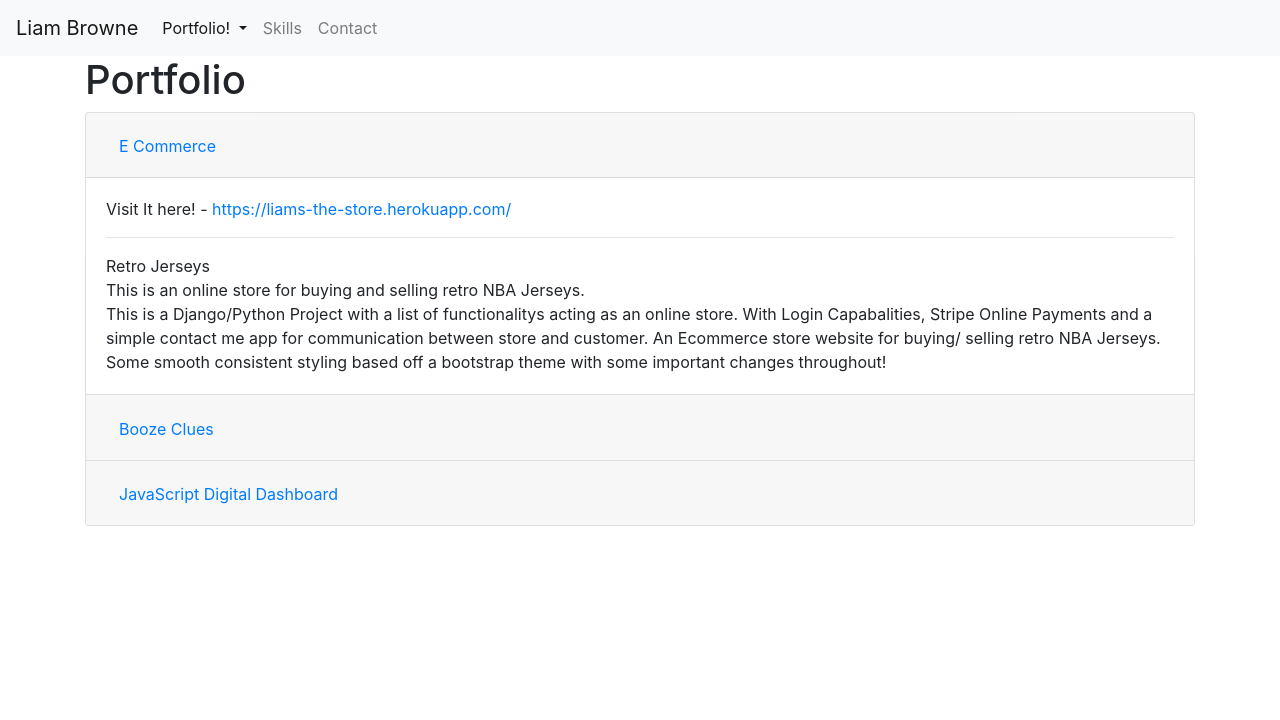
Repository: LiamB123/LiamBrowne.com.github.io
Page: portfolio.html
The author's editor kept a record of every edit. The page is drawn from the files as they stood at one moment, then again after the next edit.
The browser window is 1280 px wide. The pictures show the whole page.
Backgrounds fixed to the window are drawn as part of the page.

Above is the page before.

### portfolio.html
<!DOCTYPE html>
<html lang="en">

<head>
    <meta charset="UTF-8">
    <meta name="viewport" content="width=device-width, initial-scale=1.0">


    <meta http-equiv="X-UA-Compatible" content="ie=edge">

    <title>Liam Browne</title>

    <!--Boostrap Links for Css, Js and Jquery --->
    <link rel="stylesheet" href="https://stackpath.bootstrapcdn.com/bootstrap/4.4.1/css/bootstrap.min.css" integrity="sha384-Vkoo8x4CGsO3+Hhxv8T/Q5PaXtkKtu6ug5TOeNV6gBiFeWPGFN9MuhOf23Q9Ifjh" crossorigin="anonymous">

    <script src="https://code.jquery.com/jquery-3.4.1.slim.min.js" integrity="sha384-J6qa4849blE2+poT4WnyKhv5vZF5SrPo0iEjwBvKU7imGFAV0wwj1yYfoRSJoZ+n" crossorigin="anonymous"></script>
    <script src="https://cdn.jsdelivr.net/npm/popper.js@1.16.0/dist/umd/popper.min.js" integrity="sha384-Q6E9RHvbIyZFJoft+2mJbHaEWldlvI9IOYy5n3zV9zzTtmI3UksdQRVvoxMfooAo" crossorigin="anonymous"></script>
    <script src="https://stackpath.bootstrapcdn.com/bootstrap/4.4.1/js/bootstrap.min.js" integrity="sha384-wfSDF2E50Y2D1uUdj0O3uMBJnjuUD4Ih7YwaYd1iqfktj0Uod8GCExl3Og8ifwB6" crossorigin="anonymous"></script>


    <link rel="stylesheet" href="static/css/custom.css" type="text/css" />

</head>



<nav class="navbar navbar-expand-lg navbar-light bg-light">
    <a class="navbar-brand" href="index.html">Liam Browne </a>
    <button class="navbar-toggler" type="button" data-toggle="collapse" data-target="#navbarSupportedContent" aria-controls="navbarSupportedContent" aria-expanded="false" aria-label="Toggle navigation">
    <span class="navbar-toggler-icon"></span>
  </button>

    <div class="collapse navbar-collapse" id="navbarSupportedContent">
      <ul class="navbar-nav mr-auto">
        <li class="nav-item active nav-item dropdown">
          <a class="nav-link dropdown-toggle" href="" id="navbarDropdown" role="button" data-toggle="dropdown" aria-haspopup="true" aria-expanded="false">
          Portfolio!
        </a>
          <div class="dropdown-menu" aria-labelledby="navbarDropdown">
              <a class="dropdown-item"  href="portfolio.html">Take me there!</a>
            <a class="dropdown-item" target="_blank" href="https://liams-the-store.herokuapp.com/">E-Commerce</a>
            <a class="dropdown-item" target="_blank" href="https://liams-booze.herokuapp.com/">Booze Clues</a>
            <div class="dropdown-divider"></div>
            <a class="dropdown-iitem" href="https://github.com/LiamB123/">

           Check out my GitHub</a>
          </div>
        </li>
        <a class="nav-link" href="Skills.html">Skills<span class="sr-only">(current)</span></a>
        </li>
        <li class="nav-item">
          <a class="nav-link" href="contact.html">Contact</a>
        </li>

      </ul>

    </div>
  </nav>


<section>
    <div class="container">

        <h1> Portfolio</h1>


        <div class="accordion" id="accordionExample">
            <div class="card">
                <div class="card-header" id="headingOne">
                    <h2 class="mb-0">
                        <button class="btn btn-link" type="button" data-toggle="collapse" data-target="#collapseOne" aria-expanded="true" aria-controls="collapseOne">
          E Commerce
        </button>
                    </h2>
                </div>

                <div id="collapseOne" class="collapse show" aria-labelledby="headingOne" data-parent="#accordionExample">
                    <div class="card-body">
                        Visit It here! -<a href="https://liams-the-store.herokuapp.com/" target="_blank"> https://liams-the-store.herokuapp.com/</a>
                        <hr>
                        Retro Jerseys
                        <br>
                        This is an online store for buying and selling retro NBA Jerseys.
                        <br>This is a Django/Python Project with a list of functionalitys acting as an online store. With Login Capabalities, Stripe Online Payments and a simple contact me app for communication between store and customer. An Ecommerce store
                        website for buying/ selling retro NBA Jerseys. Some smooth consistent styling based off a bootstrap theme with some important changes throughout!
                    </div>
                </div>
            </div>
            <div class="card">
                <div class="card-header" id="headingTwo">
                    <h2 class="mb-0">
                        <button class="btn btn-link collapsed" type="button" data-toggle="collapse" data-target="#collapseTwo" aria-expanded="false" aria-controls="collapseTwo">
          Booze Clues
        </button>
                    </h2>
                </div>
                <div id="collapseTwo" class="collapse" aria-labelledby="headingTwo" data-parent="#accordionExample">
                    <div class="card-body">
                          Visit It here! -<a href="https://liams-booze.herokuapp.com/" target="_blank"> https://liams-booze.herokuapp.com//</a>
                        <hr> Booze Clues! The Almanac of the Alcoholic Arts!
                        <br>
                        This is a recipe page for cocktails.
                        <br>
                        This is a Python based Flask app where a common data set can be manipulated by the userbase, Its a nice example of an easily writable database with basic CRUD Functionality and style with a bootstrap theme,
                        there is a basic version of a store which links off to amazon retailers of the requried ingredients. Basic simple styling to make sure everything runs smoothly!.  </div>
                </div>
            </div>
            <div class="card">
                <div class="card-header" id="headingThree">
                    <h2 class="mb-0">
                        <button class="btn btn-link collapsed" type="button" data-toggle="collapse" data-target="#collapseThree" aria-expanded="false" aria-controls="collapseThree">
          JavaScript Digital Dashboard
        </button>
                    </h2>
                </div>
                <div id="collapseThree" class="collapse" aria-labelledby="headingThree" data-parent="#accordionExample">
                    <div class="card-body">
                        Visit It here! -<a href="https://liamb123.github.io/Wings-digital-Dashboard.github.io/." target="_blank"> https://liamb123.github.io/Wings-digital-Dashboard.github.io/.</a>
                        <hr> Wings and things!
                        <br>
                        This is a chicken wing rating  digital dashboard
                        <br>
                        This is a JavaScript based digital dashboard to represent a Json data set made by myself of some dublin chicken wing restaurants.
                    Far from an aesthetically pleasing sight/site it is a proof of concept for a j3 styled dashboard with some simple filter functionality.
                    JavaScript is one of the languages I find incredibly interesting if not incredibly testing! I look forward to updating this site into something i will one day enjoy looking at, but for the time being the script works anyway!</div>
                </div>
            </div>
        </div>
    </div>

    </div>
    </div>
</section>

### static/css/custom.css
/*Image Classes*/


#contact-img {
    min-height: 100vh;
    min-width: 100%;
    z-index: -1;
    background-image: url("../img/keyboard.jpg");
    background-repeat: no-repeat;
    background-position: center;
    background-attachment: fixed;
}


#title-img{
    background-attachment: fixed;
    background-image: url("../img/laptop.jpg");
    background-position: bottom;
    background-size: cover;
   min-height: 100vh;
    min-width: 100%;
    margin-bottom: 0px;
    z-index: -1;
}
#liam-img{
    background-attachment: fixed;
    background-repeat: no-repeat;
    background-image: url("../img/nerd.jpg");
    background-position: left;
    min-height:auto;
    min-width: auto;
    margin-bottom: 0px;
}


.portfolio-img {
    min-height: 100vh;
    min-width: 100%;
    z-index: -1;
    background-image: url("../img/portfolio.jpg");
    background-repeat: no-repeat;
    background-position: center;
    background-attachment: fixed;
}


.white-lettering{
    color: white;
}

.portfolio-sizing{
    padding-top: 20%;

}


.vertical-align-center{
    padding-top:40%;
    text-align: center;
    padding-bottom: 20%;
}
.tall{
    height:10vh;
    font-size: 5vh;
}

After the next edit:
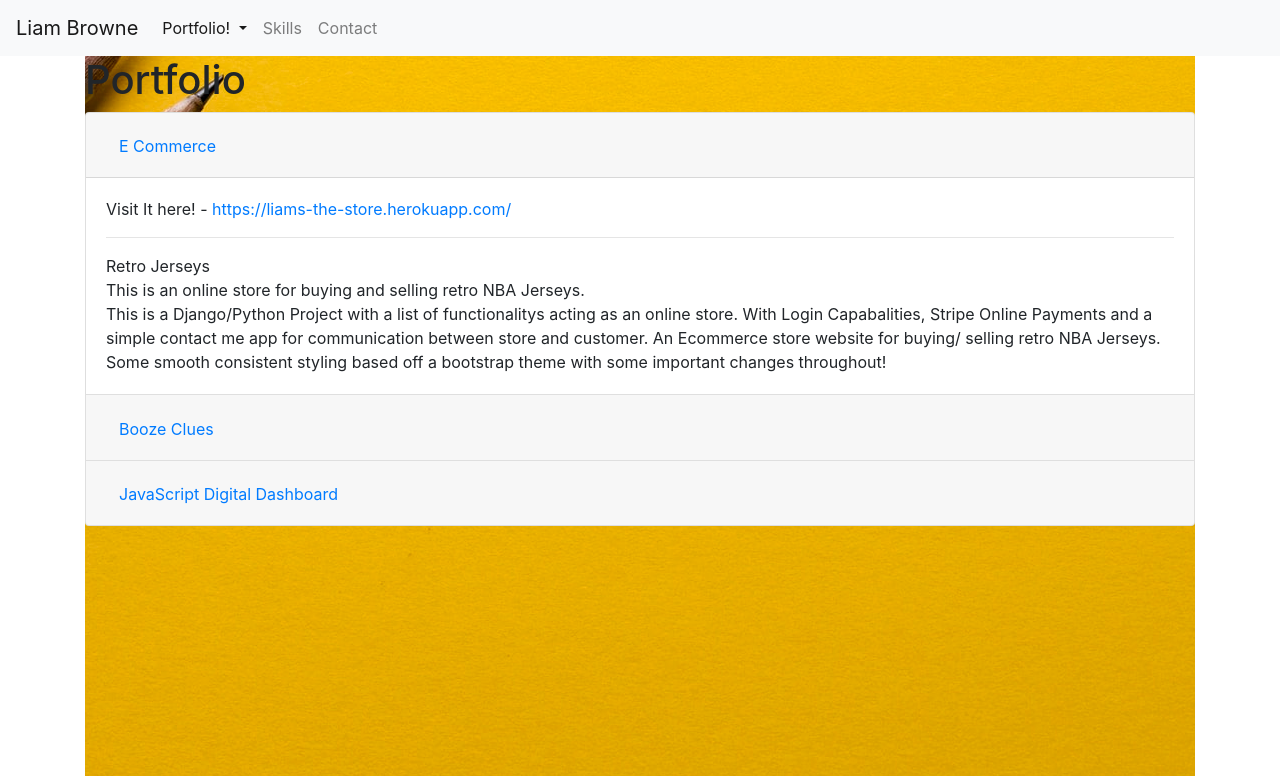
The edit:
--- a/portfolio.html
+++ b/portfolio.html
@@ -60,7 +60,7 @@
 
 <section>
     <div class="container">
-
+    <div class="portfolio-img">
         <h1> Portfolio</h1>
 
 
